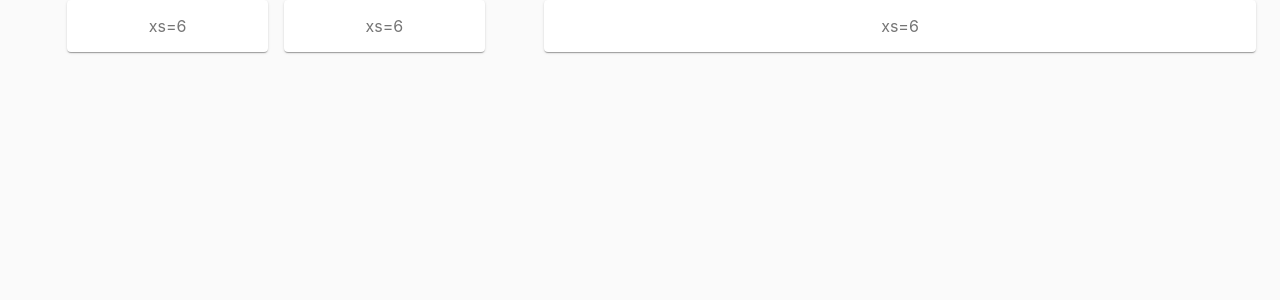
Repository: ranausama48/covid-tracker
Page: /
An editor plug-in stored every save of this project. The page is shown before and after the next save, followed by the edit.
The browser window is 1280 px wide. The pictures show the whole page.
The page's requests for data from a server got no answer. The project was rebuilt for these pictures with package versions that can differ from the ones it lists, and the page was loaded fresh each time. No one was signed in, and anything a server would have sent is missing.

Above is the page before, as saved 2020-07-05 21:32:42.

### public/index.html
<!DOCTYPE html>
<html lang="en">
  <head>
    <meta charset="utf-8" />
    <link rel="icon" href="%PUBLIC_URL%/favicon.ico" />
    <meta name="viewport" content="width=device-width, initial-scale=1" />
    <meta name="theme-color" content="#000000" />
    <meta
      name="description"
      content="Web site created using create-react-app"
    />
    <!-- @material Ui links -->
    <link
      rel="stylesheet"
      href="https://fonts.googleapis.com/css?family=Roboto:300,400,500,700&display=swap"
    />
    <link
      rel="stylesheet"
      href="https://fonts.googleapis.com/icon?family=Material+Icons"
    />

    <link rel="apple-touch-icon" href="%PUBLIC_URL%/logo192.png" />
    <!--
      manifest.json provides metadata used when your web app is installed on a
      user's mobile device or desktop. See https://developers.google.com/web/fundamentals/web-app-manifest/
    -->
    <link rel="manifest" href="%PUBLIC_URL%/manifest.json" />
    <!--
      Notice the use of %PUBLIC_URL% in the tags above.
      It will be replaced with the URL of the `public` folder during the build.
      Only files inside the `public` folder can be referenced from the HTML.

      Unlike "/favicon.ico" or "favicon.ico", "%PUBLIC_URL%/favicon.ico" will
      work correctly both with client-side routing and a non-root public URL.
      Learn how to configure a non-root public URL by running `npm run build`.
    -->
    <title>React App</title>
  </head>
  <body>
    <noscript>You need to enable JavaScript to run this app.</noscript>
    <div id="root"></div>
    <!--
      This HTML file is a template.
      If you open it directly in the browser, you will see an empty page.

      You can add webfonts, meta tags, or analytics to this file.
      The build step will place the bundled scripts into the <body> tag.

      To begin the development, run `npm start` or `yarn start`.
      To create a production bundle, use `npm run build` or `yarn build`.
    -->
  </body>
</html>

### src/App.js
import React, { useEffect, useState } from "react";
import { fetchData } from "./api";
import { Container, Grid, Paper, makeStyles } from "@material-ui/core";

import "./App.css";
const useStyles = makeStyles((theme) => ({
  root: {
    flexGrow: 1,
  },
  paper: {
    padding: theme.spacing(2),
    textAlign: "center",
    color: theme.palette.text.secondary,
  },
}));

function App() {
  const classes = useStyles();
  const [state, setstate] = useState({ data: {} });
  useEffect(() => {
    async function getData() {
      const data = await fetchData();
      setstate({ data });
    }
    getData();
  }, []);
  const { data } = state;

  return (
    // <div className="container">
    //   <div>
    //     {/* <Cards data={data} />
    //     <Charts />
    //     <CountryPicker /> */}
    //   </div>
    // </div>
    <div className={classes.root}>
      <Container fluid>
        <Grid container spacing={2}>
          <Grid item md={5} xs={12}>
            <Grid container spacing={2} justify="center" alignItems="center">
              <Grid item md={5} xs={12}>
                <Paper className={classes.paper}>xs=6</Paper>
              </Grid>
              <Grid item md={5} xs={12}>
                <Paper className={classes.paper}>xs=6</Paper>
              </Grid>
            </Grid>
          </Grid>
          <Grid item md={7} xs={12}>
            <Paper className={classes.paper}>xs=6</Paper>
          </Grid>
        </Grid>
      </Container>
    </div>
  );
}

export default App;

### src/api/index.js
import axios from "axios";
const url = "https://covid19.mathdro.id/api";
export const fetchData = async () => {
  try {
    const { data } = await axios.get(url);
    const { confirmed, recovered, deaths, lastUpdate } = data;
    return {
      confirmed,
      recovered,
      deaths,
      lastUpdate,
    };
  } catch (error) {
    return error;
  }
};
export const fetchDailyData = async () => {
  try {
    const { data } = await axios.get(`${url}/daily`);
    const modifiedData = data.map((dailyData) => ({
      confirmed: dailyData.confirmed.total,
      deaths: dailyData.deaths.total,
      date: dailyData.reportDate,
    }));
    return modifiedData;
  } catch (error) {}
};

### src/App.css
body {
  background-color: rgba(250, 250, 250);
}
.container {
  display: flex;
  justify-content: center;
  align-items: center;
}

Loaded but not shown: src/index.js (common file); src/index.css (common file); src/serviceWorker.js (common file)

After the next save:
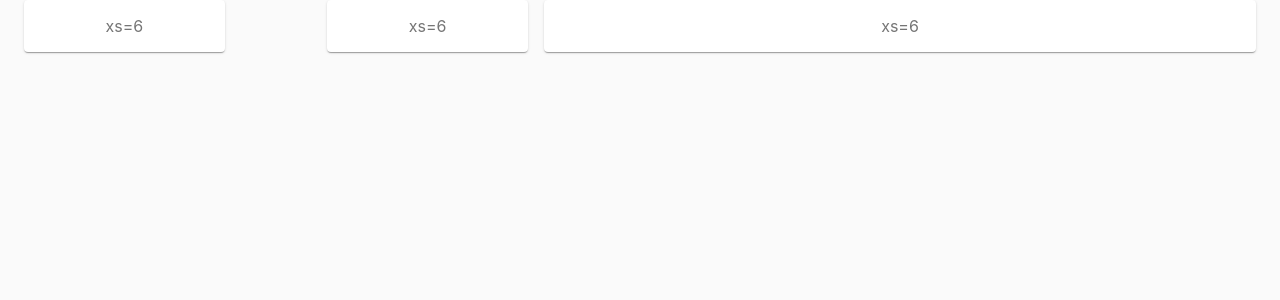
Saved 8 s later.
--- a/src/App.js
+++ b/src/App.js
@@ -38,7 +38,12 @@ function App() {
       <Container fluid>
         <Grid container spacing={2}>
           <Grid item md={5} xs={12}>
-            <Grid container spacing={2} justify="center" alignItems="center">
+            <Grid
+              container
+              spacing={2}
+              justify="space-between"
+              alignItems="center"
+            >
               <Grid item md={5} xs={12}>
                 <Paper className={classes.paper}>xs=6</Paper>
               </Grid>
